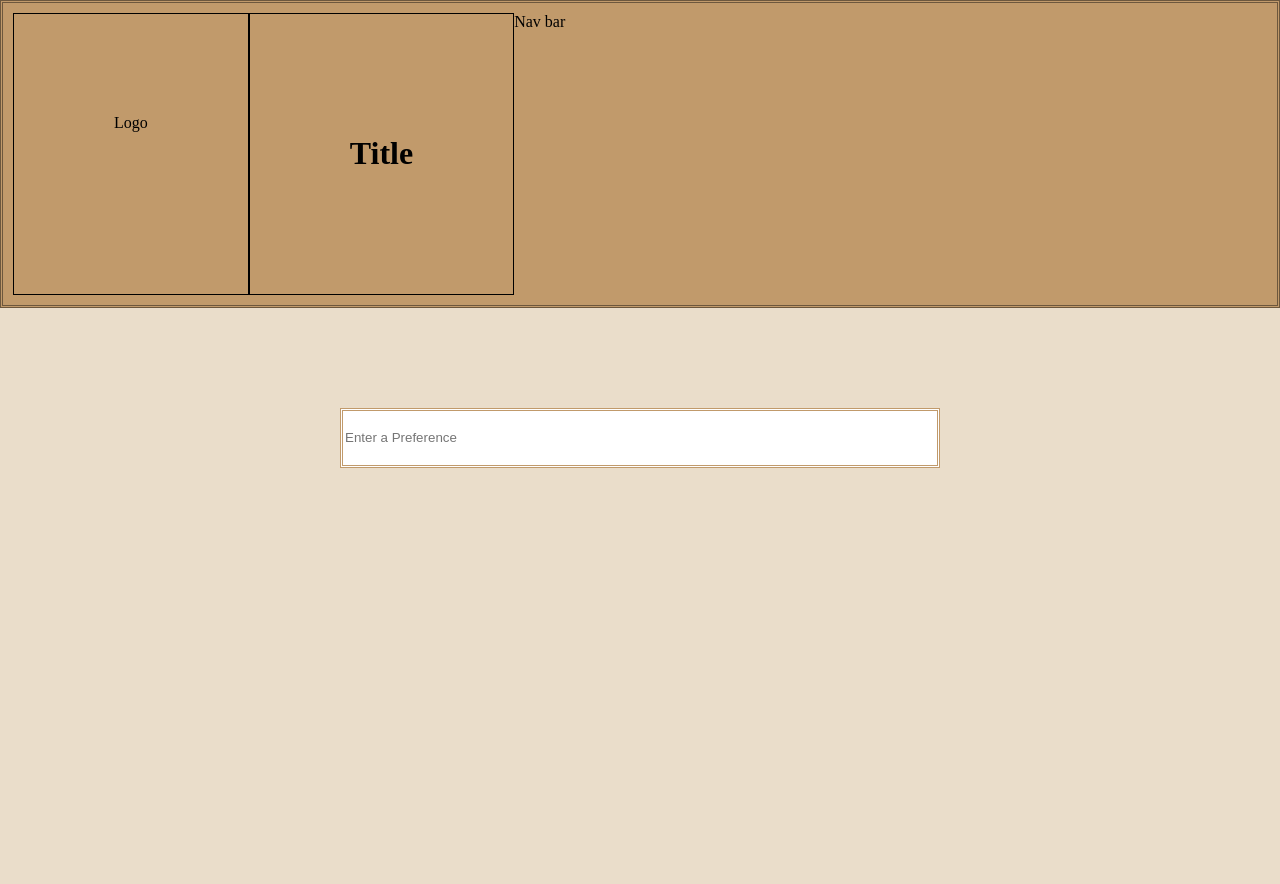
Repository: joshliu14/Travel-Mug
Page: /search
An editor plug-in stored every save of this project. The page is shown before and after the next save, followed by the edit.
The browser window is 1280 px wide. The pictures show the whole page.
The project was rebuilt for these pictures with package versions that can differ from the ones it lists, and the page was loaded fresh each time.

Above is the page before, as saved 2024-01-02 12:58:01.

After the next save:
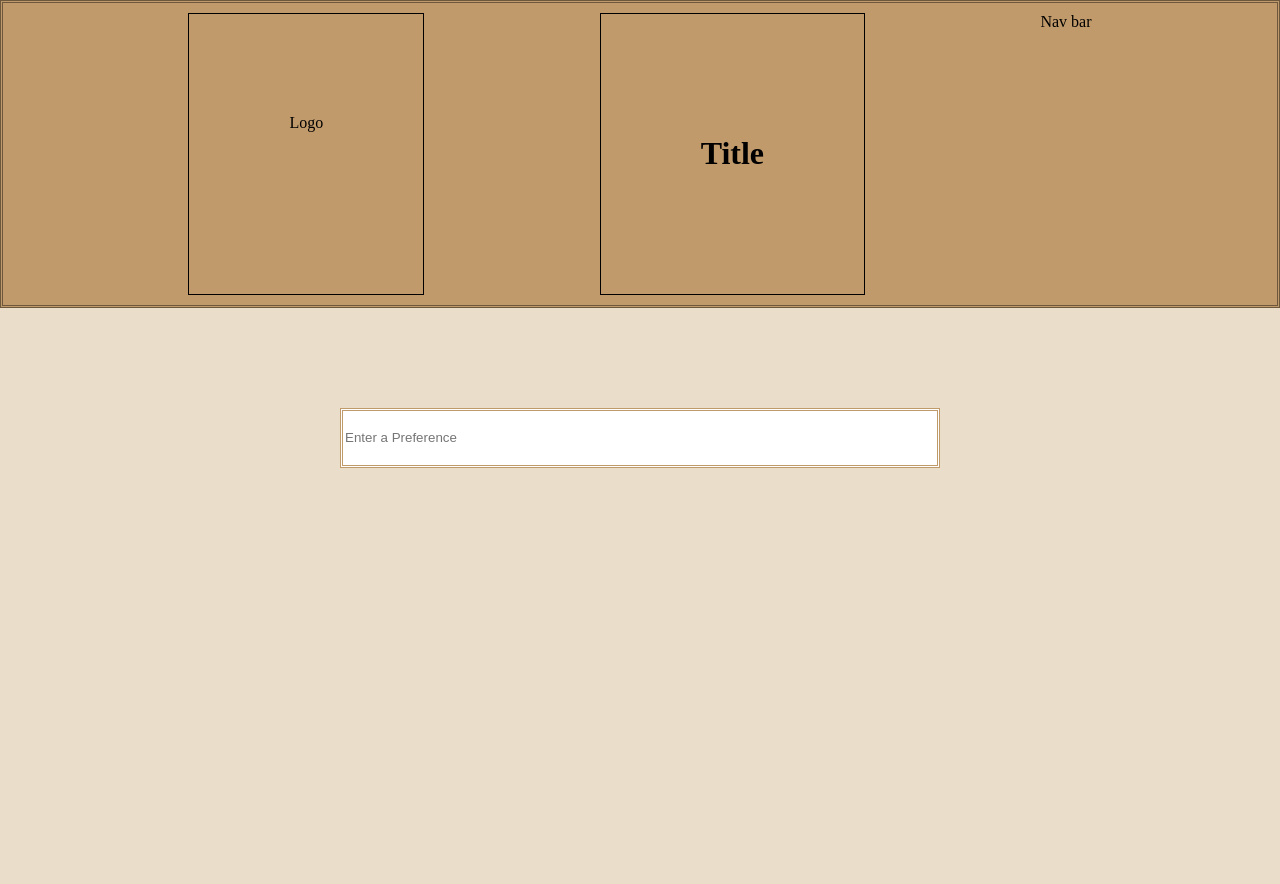
Saved 12 s later.
--- a/src/Home.css
+++ b/src/Home.css
@@ -4,7 +4,7 @@
   min-width: fit-content;
   min-height: 20vh;
   border-width: 3px;
-  justify-content: flex-start;
+  justify-content: space-evenly;
   border-color: #6d573d;
   border-style: double;
   padding: 10px;
